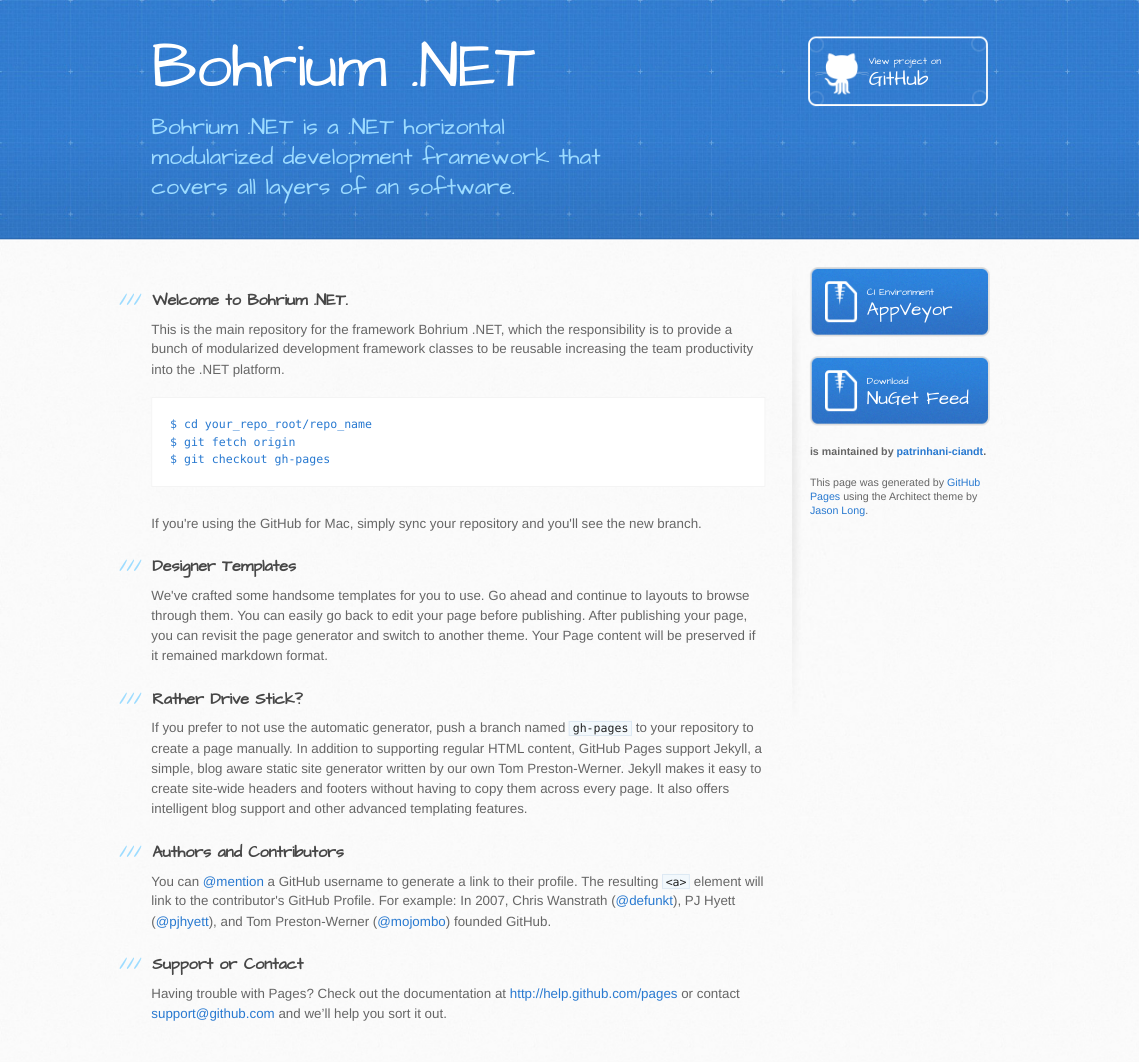
Repository: patrinhani-ciandt/BohriumNET
Page: index.html
The author's editor kept a record of every edit. The page is drawn from the files as they stood at one moment, then again after the next edit.
The browser window is 1280 px wide. The pictures show the whole page, at 89% of full size.

Above is the page before.

### index.html
<!DOCTYPE html>
<html>
  <head>
    <meta charset='utf-8'>
    <meta http-equiv="X-UA-Compatible" content="chrome=1">
    <meta name="viewport" content="width=device-width, initial-scale=1, maximum-scale=1">
    <link href='https://fonts.googleapis.com/css?family=Architects+Daughter' rel='stylesheet' type='text/css'>
    <link rel="stylesheet" type="text/css" href="stylesheets/stylesheet.css" media="screen">
    <link rel="stylesheet" type="text/css" href="stylesheets/pygment_trac.css" media="screen">
    <link rel="stylesheet" type="text/css" href="stylesheets/print.css" media="print">

    <!--[if lt IE 9]>
    <script src="//html5shiv.googlecode.com/svn/trunk/html5.js"></script>
    <![endif]-->

    <title>Bohrium .NET by patrinhani-ciandt</title>
  </head>

  <body>
    <header>
      <div class="inner">
        <h1>Bohrium .NET</h1>
        <h2>Bohrium .NET is a .NET horizontal modularized development framework that covers all layers of an software.</h2>
        <a href="https://github.com/patrinhani-ciandt/BohriumNET" class="button"><small>View project on</small>GitHub</a>
      </div>
    </header>

    <div id="content-wrapper">
      <div class="inner clearfix">
        <section id="main-content">
          <h3>
<a name="welcome-to-bohrium-net" class="anchor" href="#welcome-to-bohrium-net"><span class="octicon octicon-link"></span></a>Welcome to Bohrium .NET.</h3>

<p>This is the main repository for the framework Bohrium .NET, which the responsibility is to provide a bunch of modularized development framework classes to be reusable increasing the team productivity into the .NET platform.</p>

<pre><code>$ cd your_repo_root/repo_name
$ git fetch origin
$ git checkout gh-pages
</code></pre>

<p>If you're using the GitHub for Mac, simply sync your repository and you'll see the new branch.</p>

<h3>
<a name="designer-templates" class="anchor" href="#designer-templates"><span class="octicon octicon-link"></span></a>Designer Templates</h3>

<p>We've crafted some handsome templates for you to use. Go ahead and continue to layouts to browse through them. You can easily go back to edit your page before publishing. After publishing your page, you can revisit the page generator and switch to another theme. Your Page content will be preserved if it remained markdown format.</p>

<h3>
<a name="rather-drive-stick" class="anchor" href="#rather-drive-stick"><span class="octicon octicon-link"></span></a>Rather Drive Stick?</h3>

<p>If you prefer to not use the automatic generator, push a branch named <code>gh-pages</code> to your repository to create a page manually. In addition to supporting regular HTML content, GitHub Pages support Jekyll, a simple, blog aware static site generator written by our own Tom Preston-Werner. Jekyll makes it easy to create site-wide headers and footers without having to copy them across every page. It also offers intelligent blog support and other advanced templating features.</p>

<h3>
<a name="authors-and-contributors" class="anchor" href="#authors-and-contributors"><span class="octicon octicon-link"></span></a>Authors and Contributors</h3>

<p>You can <a href="https://github.com/blog/821" class="user-mention">@mention</a> a GitHub username to generate a link to their profile. The resulting <code>&lt;a&gt;</code> element will link to the contributor's GitHub Profile. For example: In 2007, Chris Wanstrath (<a href="https://github.com/defunkt" class="user-mention">@defunkt</a>), PJ Hyett (<a href="https://github.com/pjhyett" class="user-mention">@pjhyett</a>), and Tom Preston-Werner (<a href="https://github.com/mojombo" class="user-mention">@mojombo</a>) founded GitHub.</p>

<h3>
<a name="support-or-contact" class="anchor" href="#support-or-contact"><span class="octicon octicon-link"></span></a>Support or Contact</h3>

<p>Having trouble with Pages? Check out the documentation at <a href="http://help.github.com/pages">http://help.github.com/pages</a> or contact <a href="mailto:support@github.com">support@github.com</a> and we’ll help you sort it out.</p>
        </section>

        <aside id="sidebar">
          <a href="https://ci.appveyor.com/project/patrinhani-ciandt/bohriumnet" class="button">
            <small>CI Environment</small>
            AppVeyor
          </a>
          <a href="http://tiny.cc/424ujx" class="button">
            <small>Download</small>
            NuGet Feed
          </a>
          <!--<a href="https://github.com/patrinhani-ciandt/BohriumNET/zipball/master" class="button">-->
          <!--  <small>Download</small>-->
          <!--  .zip file-->
          <!--</a>-->
          <!--<a href="https://github.com/patrinhani-ciandt/BohriumNET/tarball/master" class="button">-->
          <!--  <small>Download</small>-->
          <!--  .tar.gz file-->
          <!--</a>-->

          <p class="repo-owner"><a href="https://github.com/patrinhani-ciandt/BohriumNET"></a> is maintained by <a href="https://github.com/patrinhani-ciandt">patrinhani-ciandt</a>.</p>

          <p>This page was generated by <a href="https://pages.github.com">GitHub Pages</a> using the Architect theme by <a href="https://twitter.com/jasonlong">Jason Long</a>.</p>
        </aside>
      </div>
    </div>


  </body>
</html>

### stylesheets/stylesheet.css
/* http://meyerweb.com/eric/tools/css/reset/
   v2.0 | 20110126
   License: none (public domain)
*/
html, body, div, span, applet, object, iframe,
h1, h2, h3, h4, h5, h6, p, blockquote, pre,
a, abbr, acronym, address, big, cite, code,
del, dfn, em, img, ins, kbd, q, s, samp,
small, strike, strong, sub, sup, tt, var,
b, u, i, center,
dl, dt, dd, ol, ul, li,
fieldset, form, label, legend,
table, caption, tbody, tfoot, thead, tr, th, td,
article, aside, canvas, details, embed,
figure, figcaption, footer, header, hgroup,
menu, nav, output, ruby, section, summary,
time, mark, audio, video {
	margin: 0;
	padding: 0;
	border: 0;
	font-size: 100%;
	font: inherit;
	vertical-align: baseline;
}
/* HTML5 display-role reset for older browsers */
article, aside, details, figcaption, figure,
footer, header, hgroup, menu, nav, section {
	display: block;
}
body {
	line-height: 1;
}
ol, ul {
	list-style: none;
}
blockquote, q {
	quotes: none;
}
blockquote:before, blockquote:after,
q:before, q:after {
	content: '';
	content: none;
}
table {
	border-collapse: collapse;
	border-spacing: 0;
}

/* LAYOUT STYLES */
body {
  font-size: 15px;
  line-height: 1.5;
  background: #fafafa url(../images/body-bg.jpg) 0 0 repeat;
  font-family: 'Helvetica Neue', Helvetica, Arial, serif;
  font-weight: 400;
  color: #666;
}

a {
  color: #2879d0;
}
a:hover {
  color: #2268b2;
}

header {
  padding-top: 40px;
  padding-bottom: 40px;
  font-family: 'Architects Daughter', 'Helvetica Neue', Helvetica, Arial, serif;
  background: #2e7bcf url(../images/header-bg.jpg) 0 0 repeat-x;
  border-bottom: solid 1px #275da1;
}

header h1 {
  letter-spacing: -1px;
  font-size: 72px;
  color: #fff;
  line-height: 1;
  margin-bottom: 0.2em;
  width: 540px;
}

header h2 {
  font-size: 26px;
  color: #9ddcff;
  font-weight: normal;
  line-height: 1.3;
  width: 540px;
  letter-spacing: 0;
}

.inner {
  position: relative;
  width: 940px;
  margin: 0 auto;
}

#content-wrapper {
  border-top: solid 1px #fff;
  padding-top: 30px;
}

#main-content {
  width: 690px;
  float: left;
}

#main-content img {
  max-width: 100%;
}

aside#sidebar {
  width: 200px;
  padding-left: 20px;
  min-height: 504px;
  float: right;
  background: transparent url(../images/sidebar-bg.jpg) 0 0 no-repeat;
  font-size: 12px;
  line-height: 1.3;
}

aside#sidebar p.repo-owner,
aside#sidebar p.repo-owner a {
  font-weight: bold;
}

#downloads {
  margin-bottom: 40px;
}

a.button {
  width: 134px;
  height: 58px;
  line-height: 1.2;
  font-size: 23px;
  color: #fff;
  padding-left: 68px;
  padding-top: 22px;
  font-family: 'Architects Daughter', 'Helvetica Neue', Helvetica, Arial, serif;
}
a.button small {
  display: block;
  font-size: 11px;
}
header a.button {
  position: absolute;
  right: 0;
  top: 0;
  background: transparent url(../images/github-button.png) 0 0 no-repeat;
}
aside a.button {
  width: 138px;
  padding-left: 64px;
  display: block;
  background: transparent url(../images/download-button.png) 0 0 no-repeat;
  margin-bottom: 20px;
  font-size: 21px;
}

code, pre {
  font-family: Monaco, "Bitstream Vera Sans Mono", "Lucida Console", Terminal, monospace;
  color: #222;
  margin-bottom: 30px;
  font-size: 13px;
}

code {
  background-color: #f2f8fc;
  border: solid 1px #dbe7f3;
  padding: 0 3px;
}

pre {
  padding: 20px;
  background: #fff;
  text-shadow: none;
  overflow: auto;
  border: solid 1px #f2f2f2;
}
pre code {
  color: #2879d0;
  background-color: #fff;
  border: none;
  padding: 0;
}

ul, ol, dl {
  margin-bottom: 20px;
}


/* COMMON STYLES */

hr {
  height: 1px;
  line-height: 1px;
  margin-top: 1em;
  padding-bottom: 1em;
  border: none;
  background: transparent url('../images/hr.png') 0 0 no-repeat;
}

table {
  width: 100%;
  border: 1px solid #ebebeb;
}

th {
  font-weight: 500;
}

td {
  border: 1px solid #ebebeb;
  text-align: center;
  font-weight: 300;
}

form {
  background: #f2f2f2;
  padding: 20px;

}


/* GENERAL ELEMENT TYPE STYLES */

#main-content h1 {
  font-family: 'Architects Daughter', 'Helvetica Neue', Helvetica, Arial, serif;
  font-size: 2.8em;
  letter-spacing: -1px;
  color: #474747;
}

#main-content h1:before {
  content: "/";
  color: #9ddcff;
  padding-right: 0.3em;
  margin-left: -0.9em;
}

#main-content h2 {
  font-family: 'Architects Daughter', 'Helvetica Neue', Helvetica, Arial, serif;
  font-size: 22px;
  font-weight: bold;
  margin-bottom: 8px;
  color: #474747;
}
#main-content h2:before {
  content: "//";
  color: #9ddcff;
  padding-right: 0.3em;
  margin-left: -1.5em;
}

#main-content h3 {
  font-family: 'Architects Daughter', 'Helvetica Neue', Helvetica, Arial, serif;
  font-size: 18px;
  font-weight: bold;
  margin-top: 24px;
  margin-bottom: 8px;
  color: #474747;
}

#main-content h3:before {
  content: "///";
  color: #9ddcff;
  padding-right: 0.3em;
  margin-left: -2em;
}

#main-content h4 {
  font-family: 'Architects Daughter', 'Helvetica Neue', Helvetica, Arial, serif;
  font-size: 15px;
  font-weight: bold;
  color: #474747;
}

h4:before {
  content: "////";
  color: #9ddcff;
  padding-right: 0.3em;
  margin-left: -2.8em;
}

#main-content h5 {
  font-family: 'Architects Daughter', 'Helvetica Neue', Helvetica, Arial, serif;
  font-size: 14px;
  color: #474747;
}
h5:before {
  content: "/////";
  color: #9ddcff;
  padding-right: 0.3em;
  margin-left: -3.2em;
}

#main-content h6 {
  font-family: 'Architects Daughter', 'Helvetica Neue', Helvetica, Arial, serif;
  font-size: .8em;
  color: #474747;
}
h6:before {
  content: "//////";
  color: #9ddcff;
  padding-right: 0.3em;
  margin-left: -3.7em;
}

p {
  margin-bottom: 20px;
}

a {
  text-decoration: none;
}

p a {
  font-weight: 400;
}

blockquote {
  font-size: 1.6em;
  border-left: 10px solid #e9e9e9;
  margin-bottom: 20px;
  padding: 0 0 0 30px;
}

ul {
  list-style: disc inside;
  padding-left: 20px;
}

ol {
  list-style: decimal inside;
  padding-left: 3px;
}

dl dd {
  font-style: italic;
  font-weight: 100;
}

footer {
  background: transparent url('../images/hr.png') 0 0 no-repeat;
  margin-top: 40px;
  padding-top: 20px;
  padding-bottom: 30px;
  font-size: 13px;
  color: #aaa;
}

footer a {
  color: #666;
}
footer a:hover {
  color: #444;
}

/* MISC */
.clearfix:after {
  clear: both;
  content: '.';
  display: block;
  visibility: hidden;
  height: 0;
}

.clearfix {display: inline-block;}
* html .clearfix {height: 1%;}
.clearfix {display: block;}

/* #Media Queries
================================================== */

/* Smaller than standard 960 (devices and browsers) */
@media only screen and (max-width: 959px) {}

/* Tablet Portrait size to standard 960 (devices and browsers) */
@media only screen and (min-width: 768px) and (max-width: 959px) {
  .inner {
    width: 740px;
  }
  header h1, header h2 {
    width: 340px;
  }
  header h1 {
    font-size: 60px;
  }
  header h2 {
    font-size: 30px;
  }
  #main-content {
    width: 490px;
  }
  #main-content h1:before,
  #main-content h2:before,
  #main-content h3:before,
  #main-content h4:before,
  #main-content h5:before,
  #main-content h6:before {
    content: none;
    padding-right: 0;
    margin-left: 0;
  }
}

/* All Mobile Sizes (devices and browser) */
@media only screen and (max-width: 767px) {
  .inner {
    width: 93%;
  }
  header {
    padding: 20px 0;
  }
  header .inner {
    position: relative;
  }
  header h1, header h2 {
    width: 100%;
  }
  header h1 {
    font-size: 48px;
  }
  header h2 {
    font-size: 24px;
  }
  header a.button {
    background-image: none;
    width: auto;
    height: auto;
    display: inline-block;
    margin-top: 15px;
    padding: 5px 10px;
    position: relative;
    text-align: center;
    font-size: 13px;
    line-height: 1;
    background-color: #9ddcff;
    color: #2879d0;
    -moz-border-radius: 5px;
    -webkit-border-radius: 5px;
    border-radius: 5px;
  }
  header a.button small {
    font-size: 13px;
    display: inline;
  }
  #main-content,
  aside#sidebar {
    float: none;
    width: 100% ! important;
  }
  aside#sidebar {
    background-image: none;
    margin-top: 20px;
    border-top: solid 1px #ddd;
    padding: 20px 0;
    min-height: 0;
  }
  aside#sidebar a.button {
    display: none;
  }
  #main-content h1:before,
  #main-content h2:before,
  #main-content h3:before,
  #main-content h4:before,
  #main-content h5:before,
  #main-content h6:before {
    content: none;
    padding-right: 0;
    margin-left: 0;
  }
}

/* Mobile Landscape Size to Tablet Portrait (devices and browsers) */
@media only screen and (min-width: 480px) and (max-width: 767px) {}

/* Mobile Portrait Size to Mobile Landscape Size (devices and browsers) */
@media only screen and (max-width: 479px) {}

### stylesheets/pygment_trac.css
.highlight  { background: #ffffff; }
.highlight .c { color: #999988; font-style: italic } /* Comment */
.highlight .err { color: #a61717; background-color: #e3d2d2 } /* Error */
.highlight .k { font-weight: bold } /* Keyword */
.highlight .o { font-weight: bold } /* Operator */
.highlight .cm { color: #999988; font-style: italic } /* Comment.Multiline */
.highlight .cp { color: #999999; font-weight: bold } /* Comment.Preproc */
.highlight .c1 { color: #999988; font-style: italic } /* Comment.Single */
.highlight .cs { color: #999999; font-weight: bold; font-style: italic } /* Comment.Special */
.highlight .gd { color: #000000; background-color: #ffdddd } /* Generic.Deleted */
.highlight .gd .x { color: #000000; background-color: #ffaaaa } /* Generic.Deleted.Specific */
.highlight .ge { font-style: italic } /* Generic.Emph */
.highlight .gr { color: #aa0000 } /* Generic.Error */
.highlight .gh { color: #999999 } /* Generic.Heading */
.highlight .gi { color: #000000; background-color: #ddffdd } /* Generic.Inserted */
.highlight .gi .x { color: #000000; background-color: #aaffaa } /* Generic.Inserted.Specific */
.highlight .go { color: #888888 } /* Generic.Output */
.highlight .gp { color: #555555 } /* Generic.Prompt */
.highlight .gs { font-weight: bold } /* Generic.Strong */
.highlight .gu { color: #800080; font-weight: bold; } /* Generic.Subheading */
.highlight .gt { color: #aa0000 } /* Generic.Traceback */
.highlight .kc { font-weight: bold } /* Keyword.Constant */
.highlight .kd { font-weight: bold } /* Keyword.Declaration */
.highlight .kn { font-weight: bold } /* Keyword.Namespace */
.highlight .kp { font-weight: bold } /* Keyword.Pseudo */
.highlight .kr { font-weight: bold } /* Keyword.Reserved */
.highlight .kt { color: #445588; font-weight: bold } /* Keyword.Type */
.highlight .m { color: #009999 } /* Literal.Number */
.highlight .s { color: #d14 } /* Literal.String */
.highlight .na { color: #008080 } /* Name.Attribute */
.highlight .nb { color: #0086B3 } /* Name.Builtin */
.highlight .nc { color: #445588; font-weight: bold } /* Name.Class */
.highlight .no { color: #008080 } /* Name.Constant */
.highlight .ni { color: #800080 } /* Name.Entity */
.highlight .ne { color: #990000; font-weight: bold } /* Name.Exception */
.highlight .nf { color: #990000; font-weight: bold } /* Name.Function */
.highlight .nn { color: #555555 } /* Name.Namespace */
.highlight .nt { color: #000080 } /* Name.Tag */
.highlight .nv { color: #008080 } /* Name.Variable */
.highlight .ow { font-weight: bold } /* Operator.Word */
.highlight .w { color: #bbbbbb } /* Text.Whitespace */
.highlight .mf { color: #009999 } /* Literal.Number.Float */
.highlight .mh { color: #009999 } /* Literal.Number.Hex */
.highlight .mi { color: #009999 } /* Literal.Number.Integer */
.highlight .mo { color: #009999 } /* Literal.Number.Oct */
.highlight .sb { color: #d14 } /* Literal.String.Backtick */
.highlight .sc { color: #d14 } /* Literal.String.Char */
.highlight .sd { color: #d14 } /* Literal.String.Doc */
.highlight .s2 { color: #d14 } /* Literal.String.Double */
.highlight .se { color: #d14 } /* Literal.String.Escape */
.highlight .sh { color: #d14 } /* Literal.String.Heredoc */
.highlight .si { color: #d14 } /* Literal.String.Interpol */
.highlight .sx { color: #d14 } /* Literal.String.Other */
.highlight .sr { color: #009926 } /* Literal.String.Regex */
.highlight .s1 { color: #d14 } /* Literal.String.Single */
.highlight .ss { color: #990073 } /* Literal.String.Symbol */
.highlight .bp { color: #999999 } /* Name.Builtin.Pseudo */
.highlight .vc { color: #008080 } /* Name.Variable.Class */
.highlight .vg { color: #008080 } /* Name.Variable.Global */
.highlight .vi { color: #008080 } /* Name.Variable.Instance */
.highlight .il { color: #009999 } /* Literal.Number.Integer.Long */

.type-csharp .highlight .k { color: #0000FF }
.type-csharp .highlight .kt { color: #0000FF }
.type-csharp .highlight .nf { color: #000000; font-weight: normal }
.type-csharp .highlight .nc { color: #2B91AF }
.type-csharp .highlight .nn { color: #000000 }
.type-csharp .highlight .s { color: #A31515 }
.type-csharp .highlight .sc { color: #A31515 }

### stylesheets/print.css
html, body, div, span, applet, object, iframe,
h1, h2, h3, h4, h5, h6, p, blockquote, pre,
a, abbr, acronym, address, big, cite, code,
del, dfn, em, img, ins, kbd, q, s, samp,
small, strike, strong, sub, sup, tt, var,
b, u, i, center,
dl, dt, dd, ol, ul, li,
fieldset, form, label, legend,
table, caption, tbody, tfoot, thead, tr, th, td,
article, aside, canvas, details, embed,
figure, figcaption, footer, header, hgroup,
menu, nav, output, ruby, section, summary,
time, mark, audio, video {
  margin: 0;
  padding: 0;
  border: 0;
  font-size: 100%;
  font: inherit;
  vertical-align: baseline;
}
/* HTML5 display-role reset for older browsers */
article, aside, details, figcaption, figure,
footer, header, hgroup, menu, nav, section {
  display: block;
}
body {
  line-height: 1;
}
ol, ul {
  list-style: none;
}
blockquote, q {
  quotes: none;
}
blockquote:before, blockquote:after,
q:before, q:after {
  content: '';
  content: none;
}
table {
  border-collapse: collapse;
  border-spacing: 0;
}
body {
  font-size: 13px;
  line-height: 1.5;
  font-family: 'Helvetica Neue', Helvetica, Arial, serif;
  color: #000;
}

a {
  color: #d5000d;
  font-weight: bold;
}

header {
  padding-top: 35px;
  padding-bottom: 10px;
}

header h1 {
  font-weight: bold;
  letter-spacing: -1px;
  font-size: 48px;
  color: #303030;
  line-height: 1.2;
}

header h2 {
  letter-spacing: -1px;
  font-size: 24px;
  color: #aaa;
  font-weight: normal;
  line-height: 1.3;
}
#downloads {
  display: none;
}
#main_content {
  padding-top: 20px;
}

code, pre {
  font-family: Monaco, "Bitstream Vera Sans Mono", "Lucida Console", Terminal;
  color: #222;
  margin-bottom: 30px;
  font-size: 12px;
}

code {
  padding: 0 3px;
}

pre {
  border: solid 1px #ddd;
  padding: 20px;
  overflow: auto;
}
pre code {
  padding: 0;
}

ul, ol, dl {
  margin-bottom: 20px;
}


/* COMMON STYLES */

table {
  width: 100%;
  border: 1px solid #ebebeb;
}

th {
  font-weight: 500;
}

td {
  border: 1px solid #ebebeb;
  text-align: center;
  font-weight: 300;
}

form {
  background: #f2f2f2;
  padding: 20px;

}


/* GENERAL ELEMENT TYPE STYLES */

h1 {
  font-size: 2.8em;
}

h2 {
  font-size: 22px;
  font-weight: bold;
  color: #303030;
  margin-bottom: 8px;
}

h3 {
  color: #d5000d;
  font-size: 18px;
  font-weight: bold;
  margin-bottom: 8px;
}

h4 {
  font-size: 16px;
  color: #303030;
  font-weight: bold;
}

h5 {
  font-size: 1em;
  color: #303030;
}

h6 {
  font-size: .8em;
  color: #303030;
}

p {
  font-weight: 300;
  margin-bottom: 20px;
}

a {
  text-decoration: none;
}

p a {
  font-weight: 400;
}

blockquote {
  font-size: 1.6em;
  border-left: 10px solid #e9e9e9;
  margin-bottom: 20px;
  padding: 0 0 0 30px;
}

ul li {
  list-style: disc inside;
  padding-left: 20px;
}

ol li {
  list-style: decimal inside;
  padding-left: 3px;
}

dl dd {
  font-style: italic;
  font-weight: 100;
}

footer {
  margin-top: 40px;
  padding-top: 20px;
  padding-bottom: 30px;
  font-size: 13px;
  color: #aaa;
}

footer a {
  color: #666;
}

/* MISC */
.clearfix:after {
  clear: both;
  content: '.';
  display: block;
  visibility: hidden;
  height: 0;
}

.clearfix {display: inline-block;}
* html .clearfix {height: 1%;}
.clearfix {display: block;}

After the next edit:
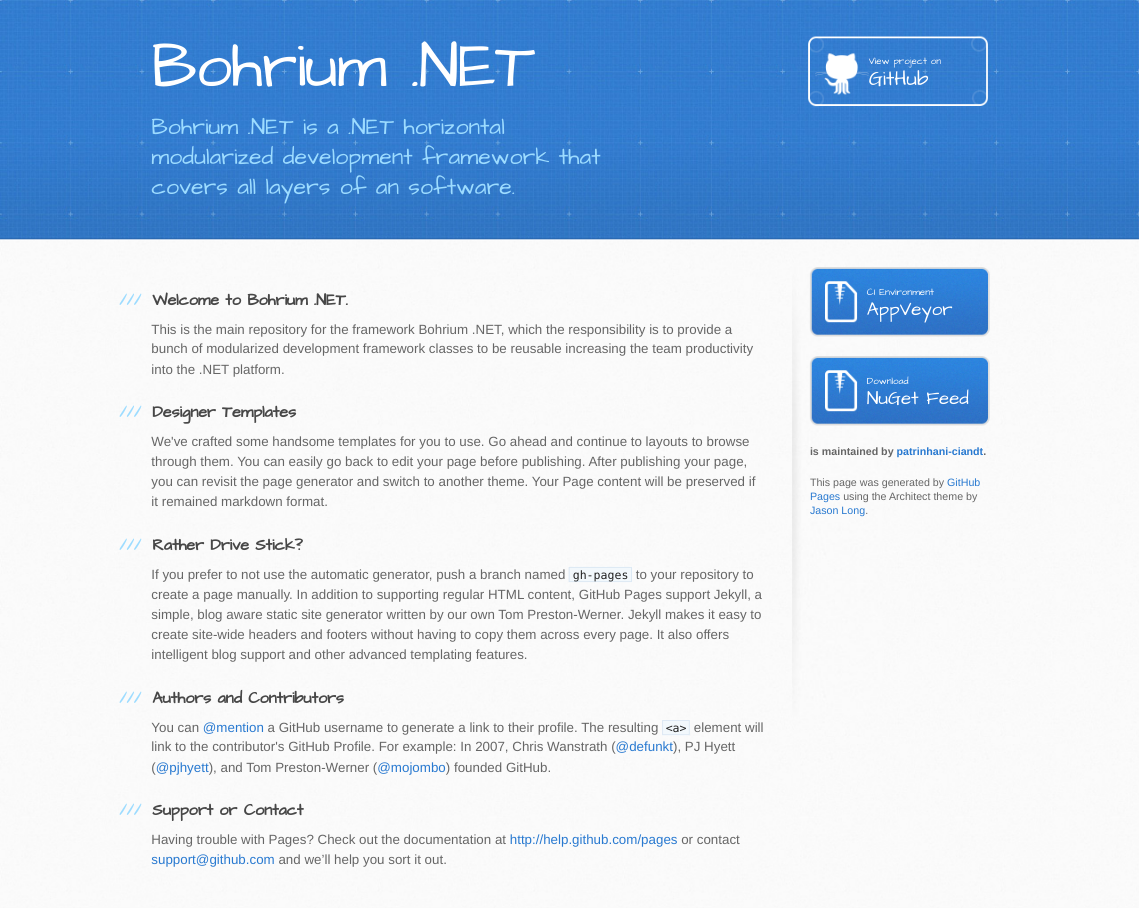
The edit:
--- a/index.html
+++ b/index.html
@@ -33,12 +33,12 @@
 
 <p>This is the main repository for the framework Bohrium .NET, which the responsibility is to provide a bunch of modularized development framework classes to be reusable increasing the team productivity into the .NET platform.</p>
 
-<pre><code>$ cd your_repo_root/repo_name
-$ git fetch origin
-$ git checkout gh-pages
-</code></pre>
+<!--<pre><code>$ cd your_repo_root/repo_name-->
+<!--$ git fetch origin-->
+<!--$ git checkout gh-pages-->
+<!--</code></pre>-->
 
-<p>If you're using the GitHub for Mac, simply sync your repository and you'll see the new branch.</p>
+<!--<p>If you're using the GitHub for Mac, simply sync your repository and you'll see the new branch.</p>-->
 
 <h3>
 <a name="designer-templates" class="anchor" href="#designer-templates"><span class="octicon octicon-link"></span></a>Designer Templates</h3>
